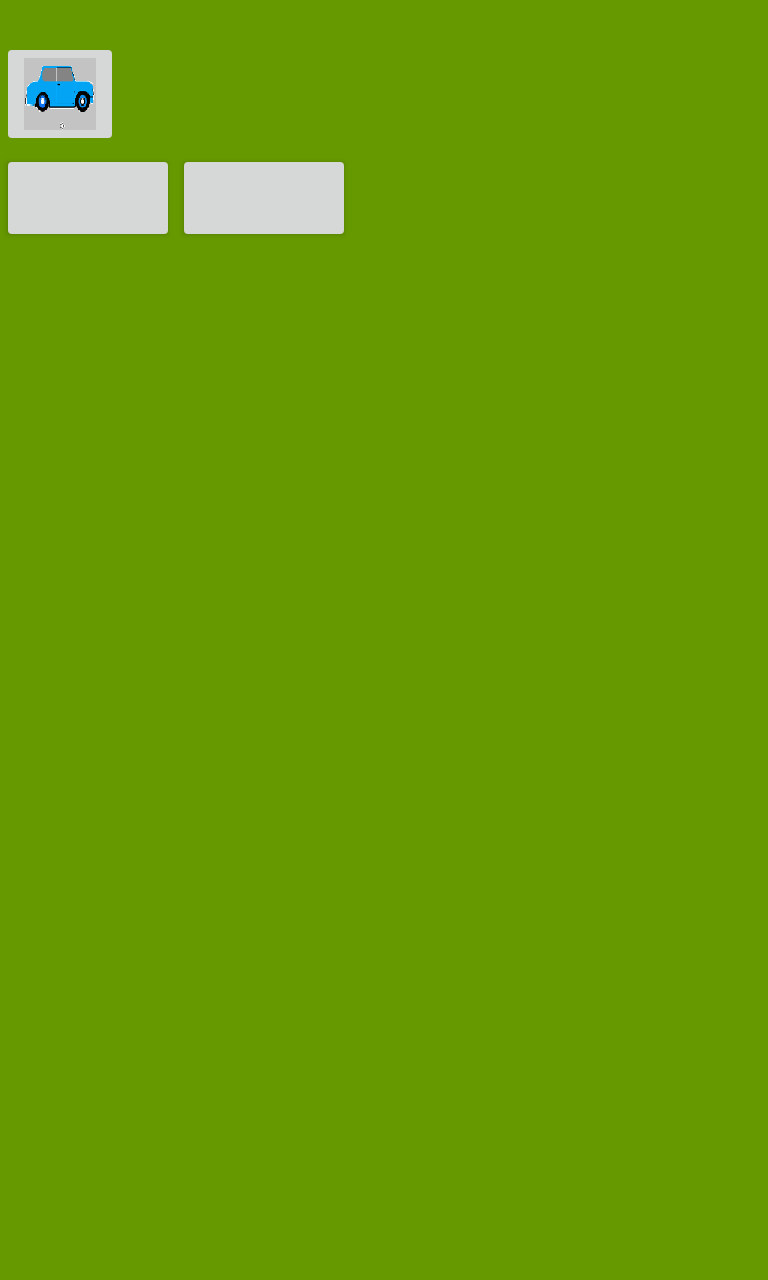
Repository: bwoldemi/LilyTrans
Layout: TransLily/res/layout/list_user_books.xml
These files come from the project's save history. The layout is drawn as it stood at one moment and after the next save; the edit follows.
It is drawn on a 768 x 1280 px phone screen (xhdpi) without system bars, with theme AppTheme; the app's code is not run.

Above is the layout before, as saved 2014-10-25 12:19:58.

After the next save:
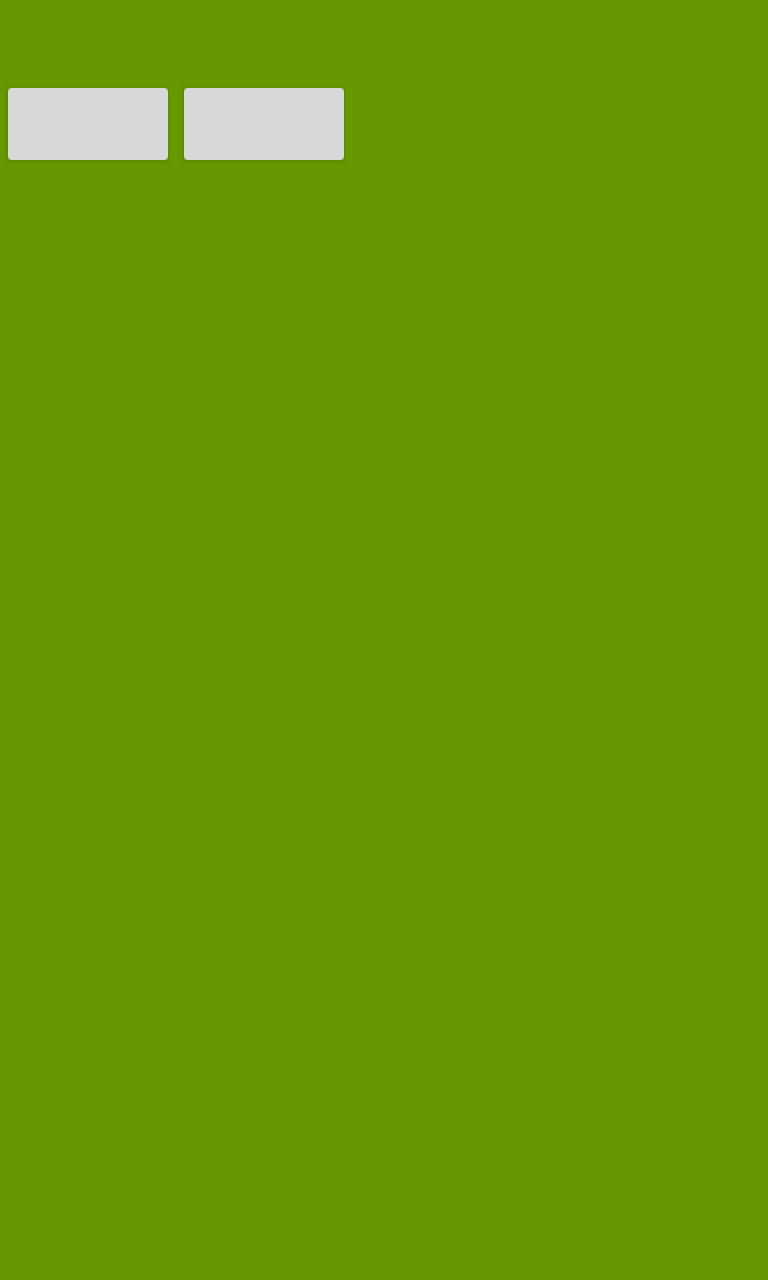
Saved 40 s later.
--- a/TransLily/res/layout/list_user_books.xml
+++ b/TransLily/res/layout/list_user_books.xml
@@ -17,13 +17,13 @@
         android:gravity="left"
         android:orientation="horizontal" >
 
-        <ImageButton
+      <!--   <ImageButton
             android:id="@+id/callImageButton_user"
             android:layout_width="wrap_content"
             android:layout_height="wrap_content"
             android:onClick="callNumberCustomer"
             	android:src="@drawable/ic_launcher"
-           />
+           />-->
 
         <TextView
             android:id="@+id/tv_phonenuber_rserved_post_rides"

After the save that followed:
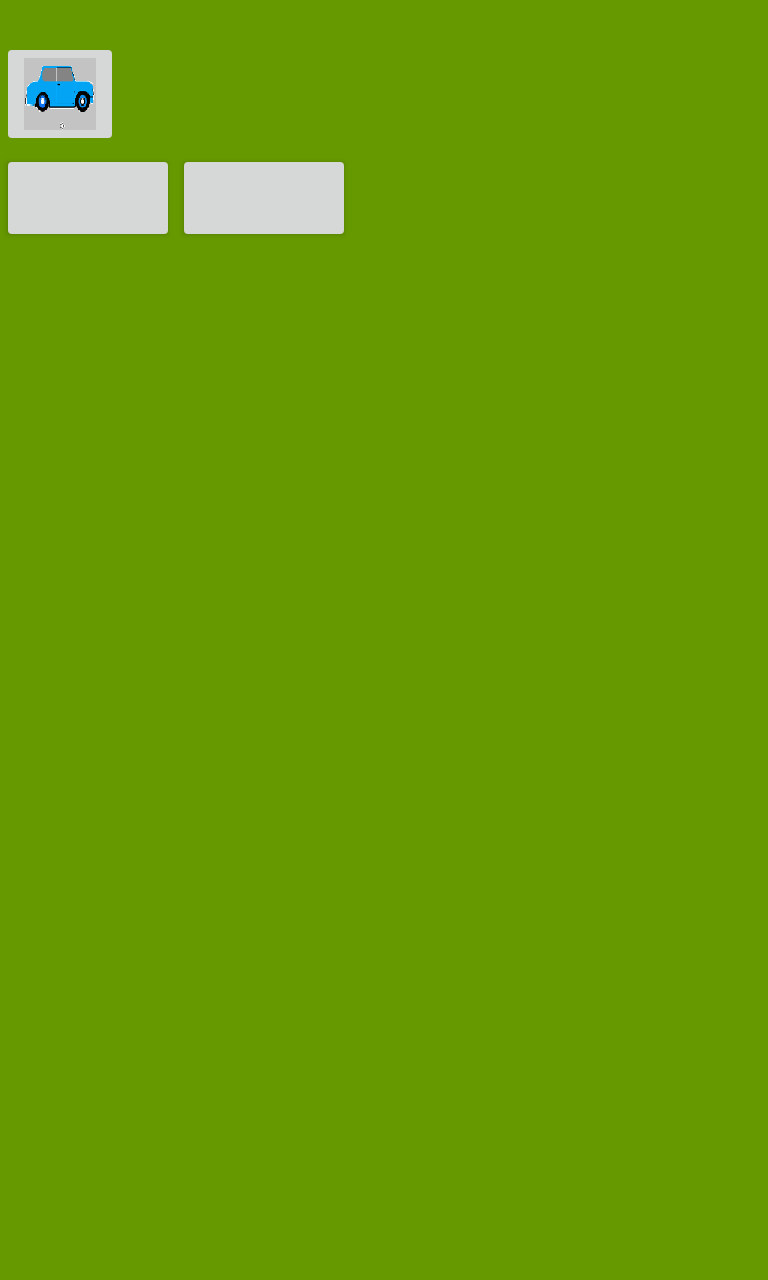
Saved 41 s later.
--- a/TransLily/res/layout/list_user_books.xml
+++ b/TransLily/res/layout/list_user_books.xml
@@ -17,13 +17,13 @@
         android:gravity="left"
         android:orientation="horizontal" >
 
-      <!--   <ImageButton
+         <ImageButton
             android:id="@+id/callImageButton_user"
             android:layout_width="wrap_content"
             android:layout_height="wrap_content"
             android:onClick="callNumberCustomer"
             	android:src="@drawable/ic_launcher"
-           />-->
+           />
 
         <TextView
             android:id="@+id/tv_phonenuber_rserved_post_rides"
